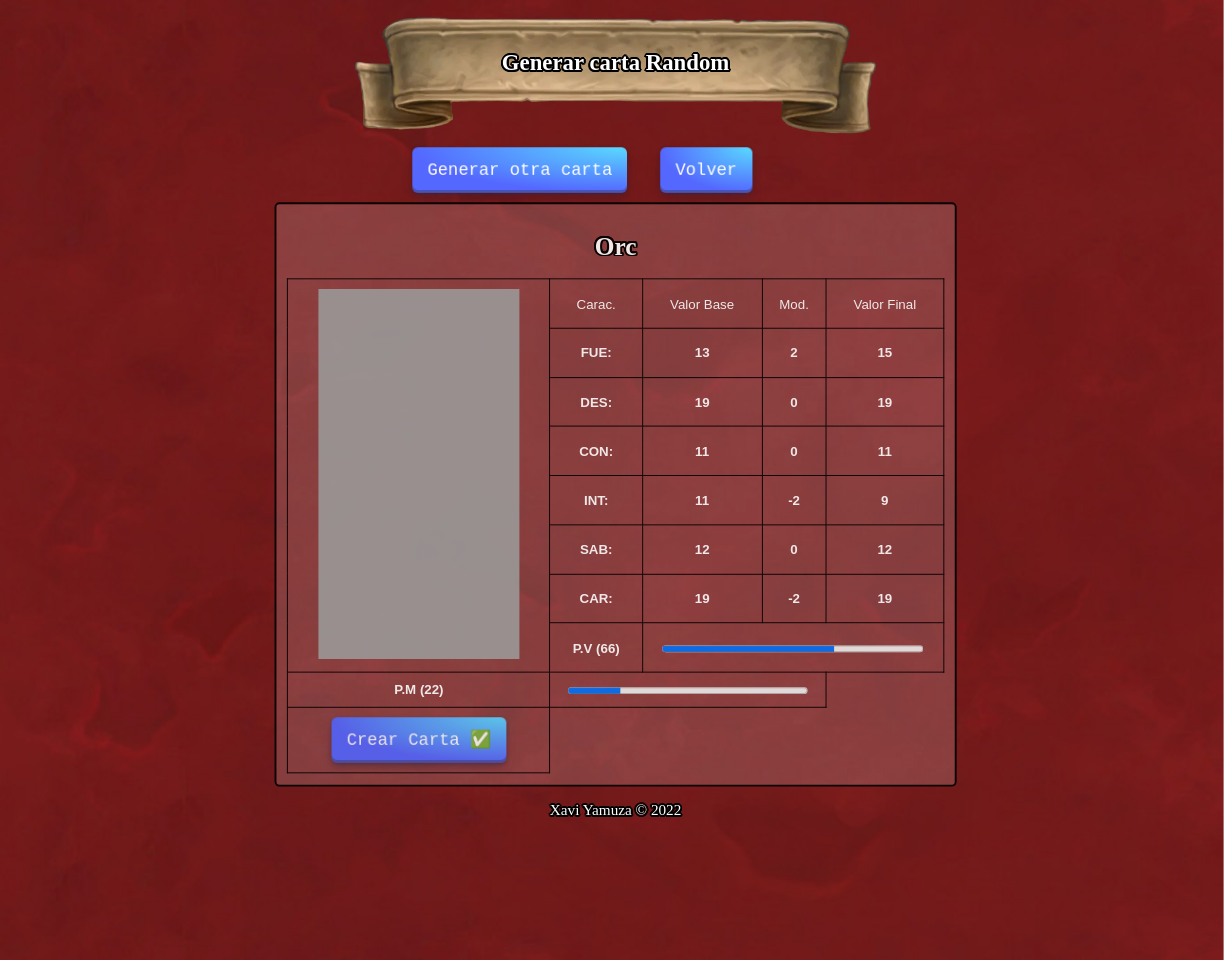
Repository: azumay/Juego-Cartas-RPG
Page: http://localhost/Prueba/RandomCard.jsp
An editor plug-in stored every save of this project. The page is shown before and after the next save, followed by the edit.
The browser window is 1280 px wide. The page is 1288 px wide, so the pictures cover 1288 px, including what lies to the right of the window. The pictures show the whole page, at 95% of full size.
Pictures or frames that could not be fetched are drawn as grey boxes. The page is served by Tomcat 9.

Above is the page before, as saved 2022-02-19 17:27:03.

### Prueba/src/main/webapp/RandomCard.jsp
<%@ page import="java.util.Arrays,java.util.List"%>
<%@ page language="java" contentType="text/html; charset=UTF-8"
	pageEncoding="UTF-8"%>

<!DOCTYPE html>
<html>
<head>
<meta charset="UTF-8">
<link rel="icon" type="image/x-icon" href="img/orco.ico">
<title>Random Card - Yamuza Game</title>
<link rel="stylesheet" href="Estilos/estilosCartaRandom.css">
<link rel="stylesheet" href="Estilos/estilosAddCard.css">
</head>
<body>
	<%!public class personajes {

		int caracFue;
		int caracDes;
		int caracCon;
		int caracInt;
		int caracSab;
		int caracCAR;

		int caracFueMod;
		int caracDesMod;
		int caracConMod;
		int caracIntMod;
		int caracSabMod;
		int caracCARMod;

		int pVida;
		int pMana;
		int modPositivo;
		int modNegativo;
		String img;
		int modificador;
		String nombre;

		// Personajes: Elfs", "Nans", "Gnom", "Mitjans", "Semi-Orc", "humans
		String charElfs;
		String charNans;
		String charGnom;
		String charMitjans;
		String charSemiOrc;
		String charHumans;

		public personajes(int num) {

			this.caracCAR = this.tirarDados6();
			this.caracCon = this.tirarDados6();
			this.caracDes = this.tirarDados6();
			this.caracFue = this.tirarDados6();
			this.caracInt = this.tirarDados6();
			this.caracSab = this.tirarDados6();

			switch (num) {
			case 1:
				this.setCharElf();
				break;
			case 2:
				this.setCharNans();
				break;
			case 3:
				this.setCharGnom();
				break;
			case 4:
				this.setCharMitjans();
				break;
			case 5:
				this.setCharSemiOrc();
				break;
			case 6:
				this.setCharHumans();
				break;
			}
		}

		public int tirarDados6() {
			int valor = 0;

			int[] dados = { 0, 0, 0, 0 };

			for (int i = 0; i < 4; i++) {
				dados[i] = (int) (Math.random() * 6 + 1);

			}
			;

			Arrays.sort(dados);

			for (int i = 0; i < dados.length; i++) {
				valor += dados[i];
			}

			return valor;

		}

		public String getElf() {
			return charElfs;
		}

		public String getCharNans() {
			return charNans;
		}

		public String getCharGnom() {
			return charGnom;
		}

		public String getCharMitjans() {
			return charMitjans;
		}

		public String getCharSemiOrc() {
			return charSemiOrc;
		}

		public String getCharHumans() {
			return charHumans;
		}

		public void setCharElf() {

			this.caracCARMod = this.caracCAR;
			this.caracConMod = this.caracCon - 2;
			this.caracDesMod = this.caracDes + 2;
			this.caracFueMod = this.caracFue;
			this.caracIntMod = this.caracInt + 2;
			this.caracSabMod = this.caracSab;

			this.pVida = this.caracCon * (int) (Math.random() * 8 + 1);
			this.pMana = (this.caracInt + this.caracSab) / 2 * (int) (Math.random() * 4 + 1);
			this.img = "img/0.png";
			this.modPositivo = +2;
			this.modNegativo = -2;
			this.modificador = 0;
			this.nombre = "Elf";

		}

		public void setCharNans() {

			this.caracFueMod = this.caracFue - 2;
			this.caracDesMod = this.caracDes + 2;
			this.caracConMod = this.caracCon;
			this.caracIntMod = this.caracInt;
			this.caracSabMod = this.caracSab;
			this.caracCARMod = this.caracCARMod + 2;

			this.pVida = this.caracCon * (int) (Math.random() * 8 + 1);
			this.pMana = (this.caracInt + this.caracSab) / 2 * (int) (Math.random() * 4 + 1);
			this.img = "img/1.png";
			this.nombre = "Nans";
		}

		public void setCharGnom() {

			this.caracCARMod = this.caracCAR + 2;
			this.caracConMod = this.caracCon + 2;
			this.caracDesMod = this.caracDes;
			this.caracFueMod = this.caracFue - 2;
			this.caracIntMod = this.caracInt;
			this.caracSabMod = this.caracSab;
			this.pVida = this.caracCon * (int) (Math.random() * 8 + 1);
			this.pMana = (this.caracInt + this.caracSab) / 2 * (int) (Math.random() * 4 + 1);
			this.img = "img/2.png";
			this.nombre = "Gnom";
		}

		public void setCharMitjans() {
			this.caracCARMod = this.caracCAR;
			this.caracConMod = this.caracCon;
			this.caracDesMod = this.caracDes + 2;
			this.caracFueMod = this.caracFue - 2;
			this.caracIntMod = this.caracInt;
			this.caracSabMod = this.caracSab;
			this.pVida = this.caracCon * (int) (Math.random() * 8 + 1);
			this.pMana = (this.caracInt + this.caracSab) / 2 * (int) (Math.random() * 4 + 1);
			this.img = "img/3.png";
			this.nombre = "Mitjan";
		}

		public void setCharSemiOrc() {
			this.caracCARMod = this.caracCAR - 2;
			this.caracConMod = this.caracCon;
			this.caracDesMod = this.caracDes;
			this.caracFueMod = this.caracFue + 2;
			this.caracIntMod = this.caracInt - 2;
			this.caracSabMod = this.caracSab;
			this.pVida = this.caracCon * (int) (Math.random() * 8 + 1);
			this.pMana = (this.caracInt + this.caracSab) / 2 * (int) (Math.random() * 4 + 1);
			this.img = "img/4.png";
			this.nombre = "Orc";
		}

		public void setCharHumans() {
			this.caracCARMod = this.caracCAR;
			this.caracConMod = this.tirarDados6();
			this.caracDesMod = this.tirarDados6();
			this.caracFueMod = this.tirarDados6();
			this.caracIntMod = this.tirarDados6();
			this.caracSabMod = this.tirarDados6();
			this.pVida = this.caracCon * (int) (Math.random() * 8 + 1);
			this.pMana = (this.caracInt + this.caracSab) / 2 * (int) (Math.random() * 4 + 1);
			this.img = "img/5.png";
			this.nombre = "Huma";

		}

	}

	public int getDice6() {
		return (int) (Math.random() * 6 + 1);
	}%>



	<%
	personajes playerOne = new personajes(getDice6());
	%>
	<div class="titulo-cabecera">
		<h2>Generar carta Random</h2>
		<img src="img/titulo-img.png">

	</div>

	<div class="botones-control">
		<a href='RandomCard.jsp'>
			<button class="button-29" role="button">Generar otra carta</button>
		</a> <a href='index.jsp'>
			<button class="button-29" role="button">Volver</button>
		</a>
	</div>

	<form action="insert_bd.jsp" method="post">
		<div class="fondo-form">
		<h1><%=playerOne.nombre%></h1>
			<table class="tg" style="width: 100%; height:10%; opacity:1;">




				<tbody>
				<tr>
						<td rowspan="8" style="width: 40%;">
							<img src="<%=playerOne.img%>" style="width: 80%; height: 390px;">
						</td>
						<th>Carac.</th>
						<th>Valor Base</th>
						<th>Mod.</th>
						<th>Valor Final</th>

					</tr>

					<tr>

						<td>FUE:</td>
						<td><%=playerOne.caracFue%></td>
						<td><%=playerOne.caracFueMod - playerOne.caracFue%></td>
						<td><%=playerOne.caracFueMod%></td>

					</tr>
					<tr>
						<td>DES:</td>
						<td><%=playerOne.caracDes%></td>
						<td><%=playerOne.caracDesMod - playerOne.caracDes%></td>
						<td><%=playerOne.caracDesMod%></td>

					</tr>
					<tr>
						<td>CON:</td>
						<td><%=playerOne.caracCon%></td>
						<td><%=playerOne.caracConMod - playerOne.caracCon%></td>
						<td><%=playerOne.caracConMod%></td>
					</tr>
					<tr>
						<td>INT:</td>
						<td><%=playerOne.caracInt%></td>
						<td><%=playerOne.caracIntMod - playerOne.caracInt%></td>
						<td><%=playerOne.caracIntMod%></td>
					</tr>
					<tr>
						<td>SAB:</td>
						<td><%=playerOne.caracSab%></td>
						<td><%=playerOne.caracSabMod - playerOne.caracSab%></td>
						<td><%=playerOne.caracSabMod%></td>
					</tr>
					<tr>
						<td>CAR:</td>
						<td><%=playerOne.caracCAR%></td>
						<td><%=playerOne.caracCARMod - playerOne.caracCAR%></td>
						<td><%=playerOne.caracCAR%></td>
					</tr>
					<tr>
						<td>P.V (<%=playerOne.pVida%>)
						</td>
						<td colspan="3"><progress id="file" max="100"
								value="<%=playerOne.pVida%>"></td>

					</tr>
					<tr>

						<td>P.M (<%=playerOne.pMana%>)
						</td>
						<td colspan="3"><progress id="file" max="100"
								value="<%=playerOne.pMana%>"></td>
					</tr>

					<td><input type="submit" name="submitRegistro"
					value="Crear Carta ✅" class="button-29"></td>

			</table>
		</div>
	</form>




	<footer>
		<div class="contenedor">
			<p class="copy">Xavi Yamuza &copy; 2022</p>
		</div>
	</footer>



</body>
</html>

### Prueba/src/main/webapp/Estilos/estilosCartaRandom.css
@charset "UTF-8";

body {
	background-image: url("../img/fondo-creacion-cartas.jpg");
	background-size: cover;
	display: flex;
	-moz-box-pack: start;
	justify-content: flex-start;
	flex-direction: column;
	-moz-box-align: center;
	align-items: center;
	position: relative;
	padding-bottom: 125px;
	width: 100%;
	overflow: hidden;
}

.demo {
	border: 1px solid #C0C0C0;
	border-collapse: collapse;
	padding: 5px;
	background-color: white;
}

.demo th {
	border: 1px solid #C0C0C0;
	padding: 25px;
	background: #F0F0F0;
}

.demo td {
	border: 1px solid #C0C0C0;
	padding: 5px;
	padding: 25px;
}

a {
	margin-right: 30px;
}
.botones-control{
	margin: 0px 40px 10px 0px;
}
.copy{
	color: rgb(255, 255, 255);
	text-shadow: rgb(0, 0, 0) 2px 0px 0px, rgb(0, 0, 0) 1.75517px 0.95885px
		0px, rgb(0, 0, 0) 1.0806px 1.68294px 0px, rgb(0, 0, 0) 0.14147px
		1.99499px 0px, rgb(0, 0, 0) -0.83229px 1.81859px 0px, rgb(0, 0, 0)
		-1.60229px 1.19694px 0px, rgb(0, 0, 0) -1.97998px 0.28224px 0px,
		rgb(0, 0, 0) -1.87291px -0.70157px 0px, rgb(0, 0, 0) -1.30729px
		-1.5136px 0px, rgb(0, 0, 0) -0.42159px -1.95506px 0px, rgb(0, 0, 0)
		0.56732px -1.91785px 0px, rgb(0, 0, 0) 1.41734px -1.41108px 0px,
		rgb(0, 0, 0) 1.92034px -0.55883px 0px;
}
.titulo-cabecera h2 {
	color: rgb(255, 255, 255);
	text-shadow: rgb(0, 0, 0) 2px 0px 0px, rgb(0, 0, 0) 1.75517px 0.95885px
		0px, rgb(0, 0, 0) 1.0806px 1.68294px 0px, rgb(0, 0, 0) 0.14147px
		1.99499px 0px, rgb(0, 0, 0) -0.83229px 1.81859px 0px, rgb(0, 0, 0)
		-1.60229px 1.19694px 0px, rgb(0, 0, 0) -1.97998px 0.28224px 0px,
		rgb(0, 0, 0) -1.87291px -0.70157px 0px, rgb(0, 0, 0) -1.30729px
		-1.5136px 0px, rgb(0, 0, 0) -0.42159px -1.95506px 0px, rgb(0, 0, 0)
		0.56732px -1.91785px 0px, rgb(0, 0, 0) 1.41734px -1.41108px 0px,
		rgb(0, 0, 0) 1.92034px -0.55883px 0px;
	position: relative;
	z-index: 1;
	width: 100%;
	margin-top: 35px;
}

.titulo-cabecera {
	margin: 10px 0 55px;
    width: 550px;
    position: relative;
    text-align: center;
    display: flex;
    -moz-box-pack: center;
    justify-content: center;
    -moz-box-align: center;
    align-items: center;
    z-index: 1;
}

.titulo-cabecera img {
	position: absolute;
	top: 0px;
	left: 0px;
	width: 100%;
	max-width: 100%;
}
/* CSS BOTONES */

a:link, a:visited, a:active {
    text-decoration:none;
}
.button-29 {
	align-items: center;
	appearance: none;
	background-image: radial-gradient(100% 100% at 100% 0, #5adaff 0, #5468ff 100%);
	border: 0;
	border-radius: 6px;
	box-shadow: rgba(45, 35, 66, .4) 0 2px 4px, rgba(45, 35, 66, .3) 0 7px
		13px -3px, rgba(58, 65, 111, .5) 0 -3px 0 inset;
	box-sizing: border-box;
	color: #fff;
	cursor: pointer;
	display: inline-flex;
	font-family: "JetBrains Mono", monospace;
	height: 48px;
	justify-content: center;
	line-height: 1;
	list-style: none;
	overflow: hidden;
	padding-left: 16px;
	padding-right: 16px;
	position: relative;
	text-align: left;
	text-decoration: none;
	transition: box-shadow .15s, transform .15s;
	user-select: none;
	-webkit-user-select: none;
	touch-action: manipulation;
	white-space: nowrap;
	will-change: box-shadow, transform;
	font-size: 18px;
}

.button-29:focus {
	box-shadow: #3c4fe0 0 0 0 1.5px inset, rgba(45, 35, 66, .4) 0 2px 4px,
		rgba(45, 35, 66, .3) 0 7px 13px -3px, #3c4fe0 0 -3px 0 inset;
}

.button-29:hover {
	box-shadow: rgba(45, 35, 66, .4) 0 4px 8px, rgba(45, 35, 66, .3) 0 7px
		13px -3px, #3c4fe0 0 -3px 0 inset;
	transform: translateY(-2px);
}

.button-29:active {
	box-shadow: #3c4fe0 0 3px 7px inset;
	transform: translateY(2px);
}

### Prueba/src/main/webapp/Estilos/estilosAddCard.css
.fondo-form {
	width: 60%;
	margin: 0 auto;
	background-color: #ffffff2e;
	padding: 1%;
	opacity: 0.9;
	border-collapse: separate;
	border-spacing: 10;
	border: solid black 2px;
	border-radius: 10px;
	-moz-border-radius: 10px;
	-webkit-border-radius: 5px;
	color: white;
	font-weight: bold;
	text-align: center;

}
progress{
	width: 90%;
}

body {
	background-image: url("../img/fondo-creacion-cartas.jpg");
	background-size: cover;
	display: flex;
	-moz-box-pack: start;
	justify-content: flex-start;
	flex-direction: column;
	-moz-box-align: center;
	align-items: center;
	position: relative;
	padding-bottom: 125px;
	width: 100%;
	overflow: hidden;
}

form {
	width: 90%;
}

h1 {
	font-size: 20pt;
	color: rgb(255, 255, 255);
	text-shadow: rgb(0, 0, 0) 2px 0px 0px, rgb(0, 0, 0) 1.75517px 0.95885px
		0px, rgb(0, 0, 0) 1.0806px 1.68294px 0px, rgb(0, 0, 0) 0.14147px
		1.99499px 0px, rgb(0, 0, 0) -0.83229px 1.81859px 0px, rgb(0, 0, 0)
		-1.60229px 1.19694px 0px, rgb(0, 0, 0) -1.97998px 0.28224px 0px,
		rgb(0, 0, 0) -1.87291px -0.70157px 0px, rgb(0, 0, 0) -1.30729px
		-1.5136px 0px, rgb(0, 0, 0) -0.42159px -1.95506px 0px, rgb(0, 0, 0)
		0.56732px -1.91785px 0px, rgb(0, 0, 0) 1.41734px -1.41108px 0px,
		rgb(0, 0, 0) 1.92034px -0.55883px 0px;
}

.tg {
	border-collapse: collapse;
	border-spacing: 0;
}

.tg td {
	border-color: black;
	border-style: solid;
	border-width: 1px;
	font-family: Arial, sans-serif;
	font-size: 14px;
	overflow: hidden;
	padding: 10px 5px;
	word-break: normal;
}

.tg th {
	border-color: black;
	border-style: solid;
	border-width: 1px;
	font-family: Arial, sans-serif;
	font-size: 14px;
	font-weight: normal;
	overflow: hidden;
	padding: 10px 5px;
	word-break: normal;
}

.tg .tg-da2z {
	border-color: inherit;
	font-family: "Courier New", Courier, monospace !important;
	font-weight: bold;
	text-align: left;
	vertical-align: top
}

.tg .tg-0pky {
	border-color: inherit;
	text-align: left;
	vertical-align: top
}

.tg .tg-zh46 {
	border-color: inherit;
	font-family: "Courier New", Courier, monospace !important;
	text-align: left;
	vertical-align: top
}

/* CSS BOTONES */
a:link, a:visited, a:active {
	text-decoration: none;
}
/* CSS */
.button-62 {
	background: linear-gradient(to bottom right, #EF4765, #FF9A5A);
	border: 0;
	border-radius: 12px;
	color: #FFFFFF;
	cursor: pointer;
	display: inline-block;
	font-family: -apple-system, system-ui, "Segoe UI", Roboto, Helvetica,
		Arial, sans-serif;
	font-size: 16px;
	font-weight: 500;
	line-height: 2.5;
	outline: transparent;
	padding: 0 1rem;
	text-align: center;
	text-decoration: none;
	transition: box-shadow .2s ease-in-out;
	user-select: none;
	-webkit-user-select: none;
	touch-action: manipulation;
	white-space: nowrap;
}

.button-62:not([disabled]):focus {
	box-shadow: 0 0 .25rem rgba(0, 0, 0, 0.5), -.125rem -.125rem 1rem
		rgba(239, 71, 101, 0.5), .125rem .125rem 1rem rgba(255, 154, 90, 0.5);
}

.button-62:not([disabled]):hover {
	box-shadow: 0 0 .25rem rgba(0, 0, 0, 0.5), -.125rem -.125rem 1rem
		rgba(239, 71, 101, 0.5), .125rem .125rem 1rem rgba(255, 154, 90, 0.5);
}

After the next save:
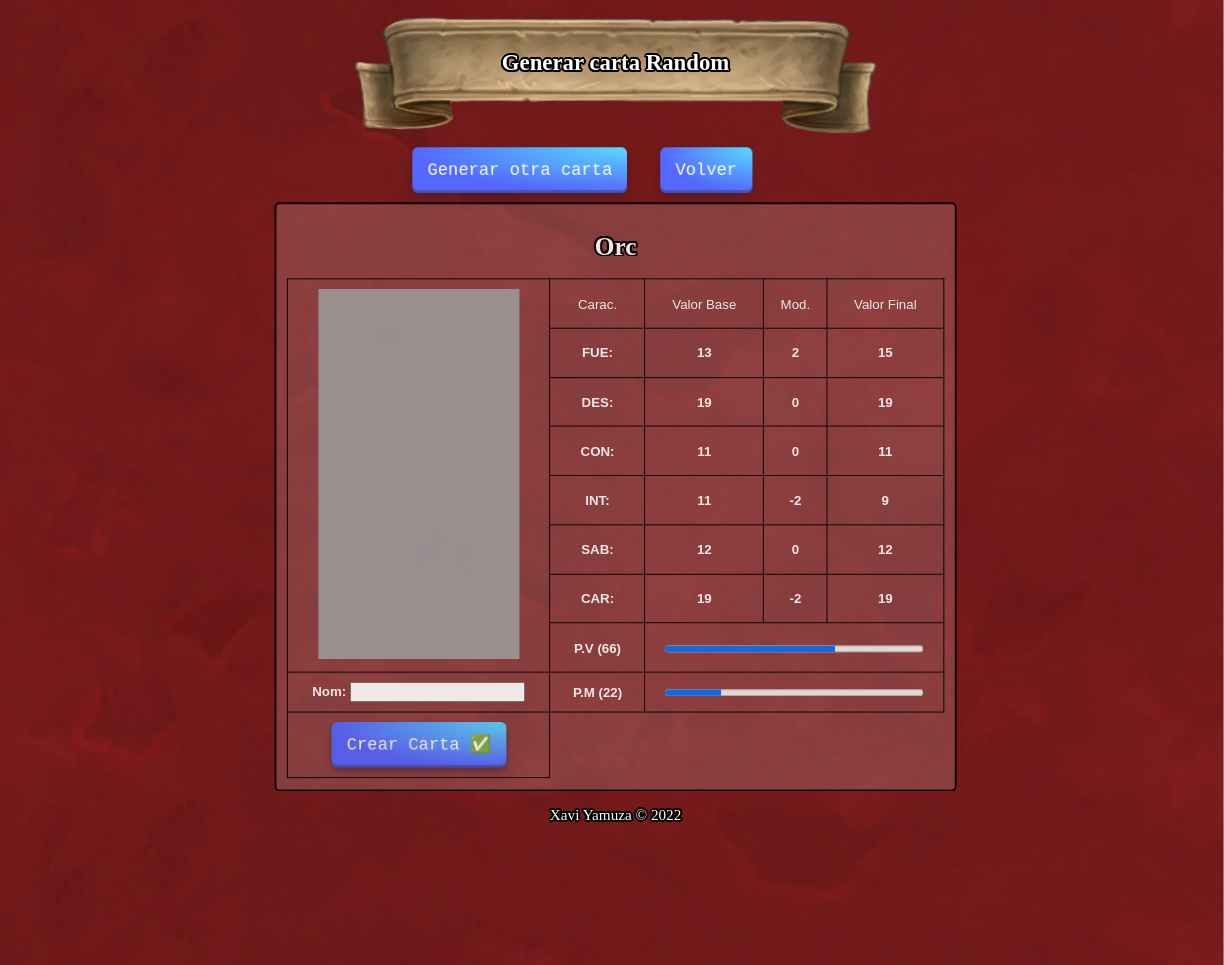
Saved 65 s later.
--- a/Prueba/src/main/webapp/RandomCard.jsp
+++ b/Prueba/src/main/webapp/RandomCard.jsp
@@ -300,7 +300,7 @@
 
 					</tr>
 					<tr>
-
+					<td>Nom: <input type="text" id="nom" name="nom"></td>
 						<td>P.M (<%=playerOne.pMana%>)
 						</td>
 						<td colspan="3"><progress id="file" max="100"
